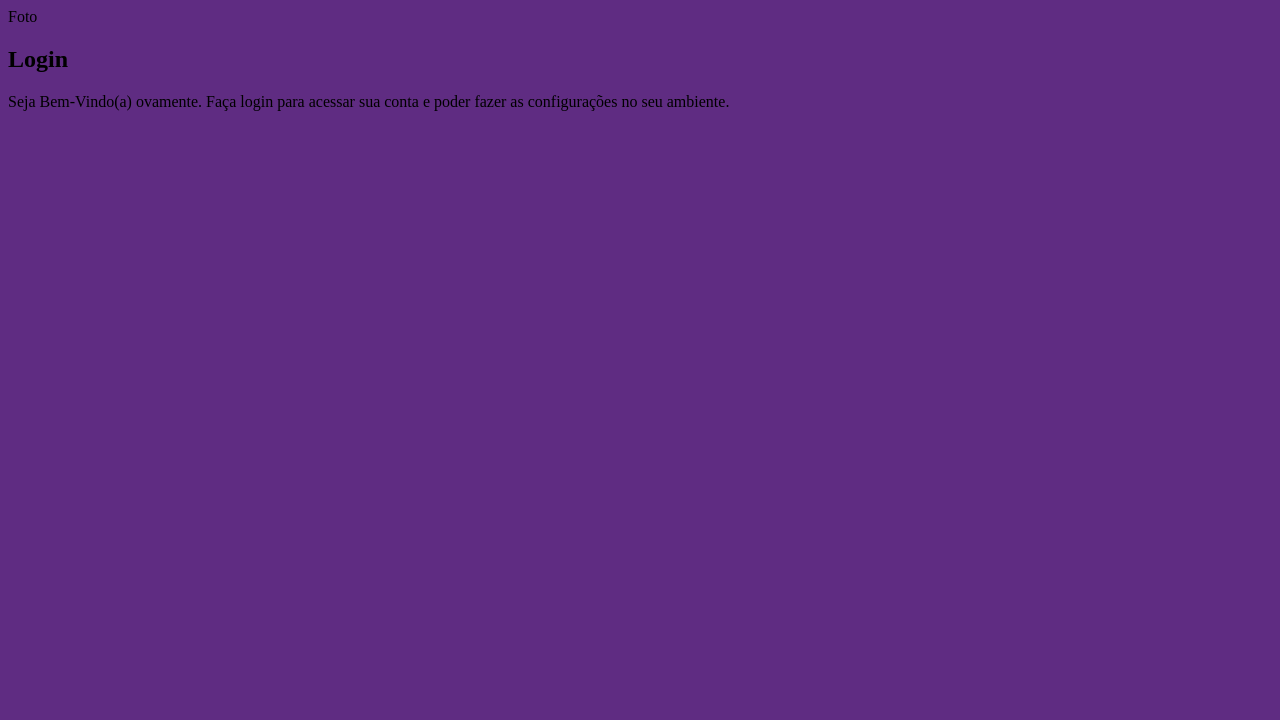
Repository: Guillermomarcon/Projeto-Login
Page: index.html
The author's editor kept a copy of each file at every save. The page is drawn from the files as they stood at one save, then again after a run of saves.
The browser window is 1280 px wide. The pictures show the whole page.

Above is the page before, as saved 2022-09-03 14:06:14.

### index.html
<!DOCTYPE html>
<html lang="pt-br">
<head>
    <meta charset="UTF-8">
    <meta http-equiv="X-UA-Compatible" content="IE=edge">
    <meta name="viewport" content="width=device-width, initial-scale=1.0">
    <title>Login</title>
    <link rel="stylesheet" href="estilos/style.css">
</head>
<body>
    <main>
        <section id="login">
            <div id="imagem">
                Foto
            </div>

            <div id="formulario">
                <h1>Login</h1>
                <p>
                    Seja Bem-Vindo(a) ovamente. Faça login para acessar sua conta e poder fazer as configurações no seu ambiente.
                </p>
                <form action="login.php" method="post">


                </form>
            </div>
        </section>
    </main>

</body>
</html>

### estilos/style.css
@charset "utf-8"


/*
Paleta de cores
verde #49a09d
lilas #5f2c82
*/

*{
    font-family: system-ui, -apple-system, BlinkMacSystemFont, 'Segoe UI', Roboto, Oxygen, Ubuntu, Cantarell, 'Open Sans', 'Helvetica Neue', sans-serif;
    padding: 0px;
    margin: 0px;
    box-sizing: border-box;
}

body, html {
    background-color:#5f2c82 ;

}

After the next 8 saves:
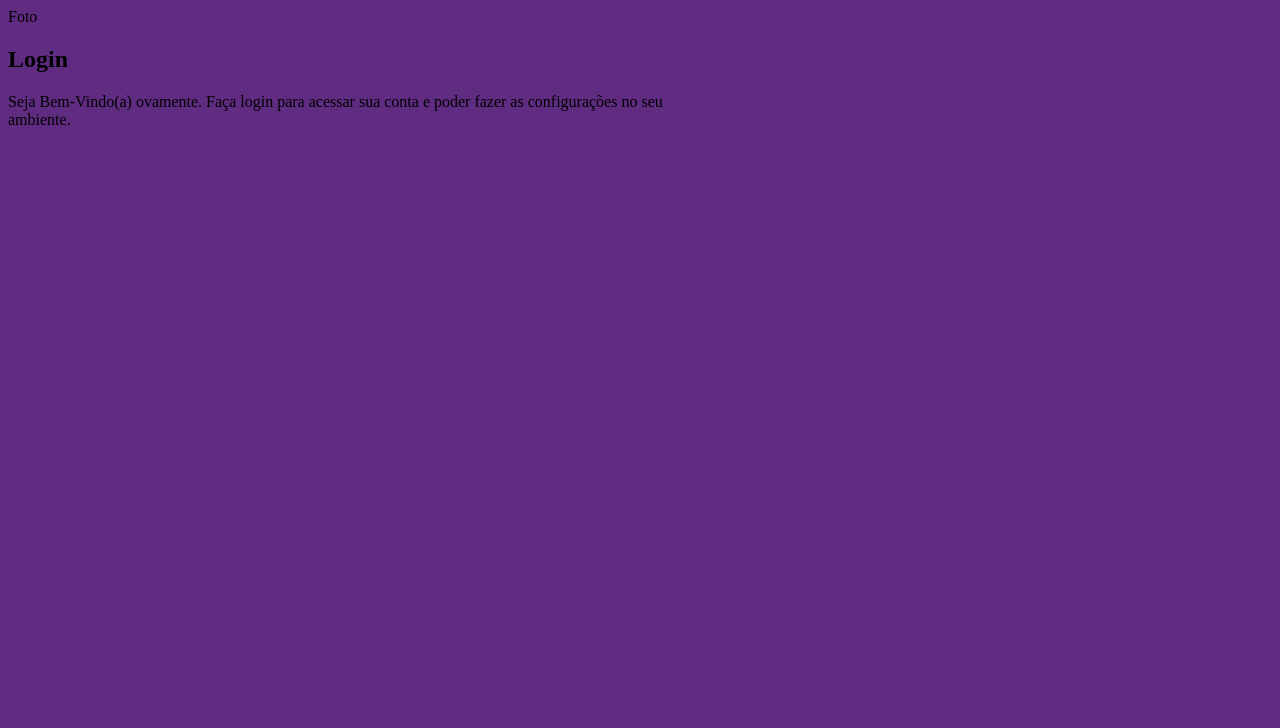
The 8 saves are shown as one change because they came seconds apart.
The last was saved 20 s later.
--- a/estilos/style.css
+++ b/estilos/style.css
@@ -16,5 +16,6 @@ lilas #5f2c82
 
 body, html {
     background-color:#5f2c82 ;
-
+    height: 100vh;
+    width: 100vh;
 }
